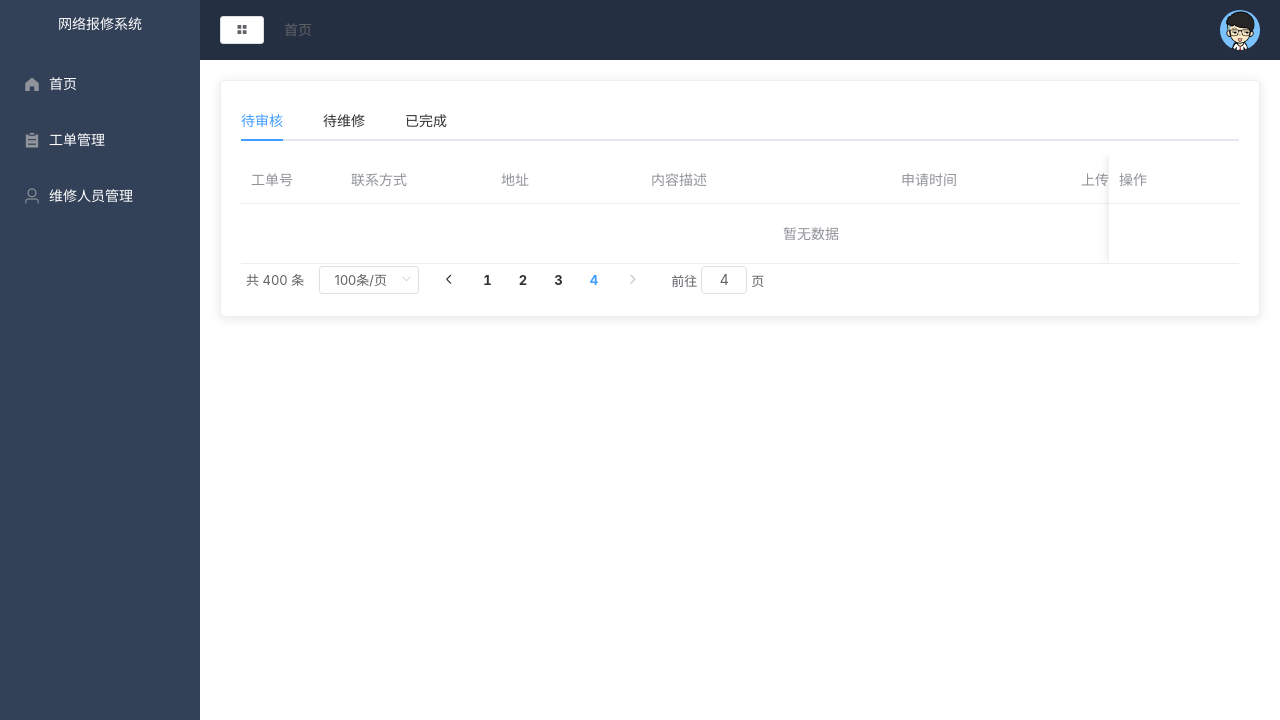
Repository: LtheW/vue
Page: /form
These files come from the project's save history. The page is drawn as it stood at one moment and after the next save; the edit follows.
The browser window is 1280 px wide. The pictures show the whole page.
The page's requests for data from a server got no answer. The project was rebuilt for these pictures with package versions that can differ from the ones it lists, and the page was loaded fresh each time. No one was signed in, and anything a server would have sent is missing. Also part of the build but not shown: vue.config.js, src/components/CommonTag.vue, src/views/Results/Submit.vue, src/views/Maintainer/Add.vue, src/assets/js/login.js, src/views/Login.vue, src/views/Results/Repaired.vue, src/views/Results/Completed.vue.

Above is the page before, as saved 2022-03-31 20:08:13.

### src/main.js
import Vue from 'vue'
import App from './App.vue'
import router from './router'
import store from './store'
//引入element ui
import ElementUI from 'element-ui';
import 'element-ui/lib/theme-chalk/index.css';
import '@/assets/scss/reset.scss' //全局样式
import Axios from 'axios';//后台交互
import Antd from 'ant-design-vue';
import 'ant-design-vue/dist/antd.css';
import 'font-awesome/scss/font-awesome.scss'
Vue.prototype.$http=Axios
//defaults 设置全局默认路径
Axios.defaults.baseURL="/"

Vue.use(ElementUI,Antd);
Vue.config.productionTip = false

new Vue({
  router,
  store,
  render: h => h(App)
}).$mount('#app')

### src/router/index.js
import Vue from 'vue'
import VueRouter from 'vue-router'
import Main from '../views/Main.vue'
import Submit from '../views/Results/Submit.vue'
import Maintainer_Add from '../views/Maintainer/Add.vue'
import Login from '../views/Login.vue'
import Repaired from '../views/Results/Repaired.vue'
import Completed from '../views/Results/Completed.vue'
Vue.use(VueRouter)

const routes = [
  {

    path: '/',
    name: 'Login',
    component: Login
  },
  {
    path: '/main',
    name: 'Main',
    component: Main,
    children: [{
        path: '/',
        name: 'repair',
        component: () => import('../views/Results/Repaired.vue'),
      },
      {
        path: '/form',
        name: 'form',
        component: () => import('@/views/Form/Form')
      },
      {
        path: '/maintainer',
        name: 'Maintainer',
        component: () => import('@/views/Maintainer/Maintainer')
      },
      {
        path: '/submit',
        name: 'submit',
        component: Submit,
      },
      {
        path: '/repaired',
        name: 'repaired',
        component: Repaired,
      },
      {
        path: '/completed',
        name: 'completed',
        component: Completed,
      },

      {
        path: '/maintainer_add',
        name: 'add',
        component: Maintainer_Add,
      },
    ]
  },


]

const router = new VueRouter({
  mode: 'history',
  base: process.env.BASE_URL,
  routes
})

export default router

### src/views/Main.vue
<template>
  <el-container style="height: 100%">
    <el-aside width="auto" height="100%" ><common-aside></common-aside></el-aside>
    <el-container>
      <el-header>
        <common-header></common-header>

      </el-header>
      <el-main><router-view /></el-main>
    </el-container>
  </el-container>
</template>

<script>
import CommonAside from "../components/CommonAside.vue";
import CommonHeader from "../components/CommonHeader.vue";
import CommonTag from "../components/CommonTag.vue";
export default {
  name: "Main",
  components: { CommonAside, CommonHeader, CommonTag },
};
</script>
, CommonTab
<style lang="scss" scoped>
.el-header {
  background: #242F42;
}
.el-main {
  padding-top: 20rpx;
}
</style>

### src/views/Form/Form.vue
<template>
  <el-card>
    <el-tabs v-model="activeName" @tab-click="handleClick">
      <el-tab-pane label="待审核" name="first">
        <el-table :data="tableData" style="width: 100%" max-height="100%">
          <el-table-column
            fixed
            prop="workorderNumber"
            label="工单号"
            width="100"
          >
          </el-table-column>
          <el-table-column
            prop="contactInformation"
            label="联系方式"
            width="150"
          >
          </el-table-column>
          <el-table-column prop="address" label="地址" width="150">
          </el-table-column>
          <el-table-column prop="workorderContent" label="内容描述" width="250">
          </el-table-column>
          <el-table-column prop="initiationTime" label="申请时间" width="180">
          </el-table-column>

          <el-table-column prop="updateTime" label="上传时间" width="180">
          </el-table-column>
          <el-table-column fixed="right" label="操作" width="130">
            <template slot-scope="scope">
              <el-button
                @click="Booking(scope.row)"
                type="primary"
                size="small"
              >
                查看
              </el-button>
            </template>
          </el-table-column>
        </el-table>
        <el-pagination
          @size-change="handleSizeChange"
          @current-change="handleCurrentChange"
          :current-page="currentPage"
          :page-sizes="[100, 200, 300, 400]"
          :page-size="100"
          layout="total, sizes, prev, pager, next, jumper"
          :total="400"
        >
        </el-pagination>
      </el-tab-pane>
      <el-tab-pane label="待维修" name="second">
        <el-table :data="tableData1" style="width: 100%" max-height="100%">
          <el-table-column
            fixed
            prop="workorderNumber"
            label="工单号"
            width="100"
          >
          </el-table-column>
          <el-table-column
            prop="contactInformation"
            label="联系方式"
            width="150"
          >
          </el-table-column>
          <el-table-column prop="address" label="地址" width="150">
          </el-table-column>
          <el-table-column prop="workorderContent" label="内容描述" width="250">
          </el-table-column>
          <el-table-column prop="initiationTime" label="申请时间" width="180">
          </el-table-column>

          <el-table-column prop="updateTime" label="上传时间" width="180">
          </el-table-column>
          <el-table-column fixed="right" label="操作" width="130">
            <template slot-scope="scope">
              <el-button
                @click="Booking1(scope.row)"
                type="primary"
                size="small"
              >
                查看
              </el-button>
            </template>
          </el-table-column>
        </el-table>
      </el-tab-pane>

      <el-tab-pane label="已完成" name="third">
        <el-table :data="tableData2" style="width: 100%" max-height="100%">
          <el-table-column
            fixed
            prop="workorderNumber"
            label="工单号"
            width="100"
          >
          </el-table-column>
          <el-table-column
            prop="contactInformation"
            label="联系方式"
            width="150"
          >
          </el-table-column>
          <el-table-column prop="address" label="地址" width="150">
          </el-table-column>
          <el-table-column prop="workorderContent" label="内容描述" width="250">
          </el-table-column>
          <el-table-column prop="initiationTime" label="申请时间" width="180">
          </el-table-column>

          <el-table-column prop="updateTime" label="上传时间" width="180">
          </el-table-column>
          <el-table-column fixed="right" label="操作" width="130">
            <template slot-scope="scope">
              <el-button
                @click="Booking2(scope.row)"
                type="primary"
                size="small"
              >
                查看
              </el-button>
            </template>
          </el-table-column>
        </el-table>
      </el-tab-pane>
    </el-tabs>
  </el-card>
</template>

<script>
export default {
  methods: {
    handleSizeChange(val) {
      console.log("每页" + val + "条");
    },
    handleCurrentChange(val) {
      console.log("当前页:" + val);
    },
    Booking(row) {
      console.log(row.workorderNumber);
      this.$router.push({
        name: "submit",
        params: { workorderNumber: row.workorderNumber },
      });
    },
    Booking1(row) {
      console.log(row.workorderNumber);
      this.$router.push({
        name: "repaired",
        params: { workorderNumber: row.workorderNumber },
      });
    },
    Booking2(row) {
      console.log(row.workorderNumber);
      this.$router.push({
        name: "completed",
        params: { workorderNumber: row.workorderNumber },
      });
    },
    handleClick(tab) {
      console.log(tab._data.index);
      this.load(tab._data.index);
    },
    load(index) {
      if (index == 0) {
        this.$http({
          url: "/api/administer/orderlist",
          method: "get",
          headers: { "X-Requested-With": "XMLHttpRequest" },
        }).then((res) => {
          console.log("数据接收");
          this.tableData = res.data.data;

          console.log(res);
        });
      }
      if (index == 1) {
        this.$http({
          url: "/api/administer/orderlist2",
          method: "get",
          headers: { "X-Requested-With": "XMLHttpRequest" },
        }).then((res) => {
          console.log("数据接收");
          this.tableData1 = res.data.data;

          console.log(res);
        });
      }
      if (index == 2) {
        this.$http({
          url: "/api/administer/orderlist3",
          method: "get",
          headers: { "X-Requested-With": "XMLHttpRequest" },
        }).then((res) => {
          console.log("数据接收");
          this.tableData2 = res.data.data;

          console.log(res);
        });
      }
    },
  },
  data() {
    return {
      totalCount: 0,
      tableData: [],
      tableData1: [],
      tableData2: [],
      state: ["待维修", "维修中", "维修完成"],
      activeName: "first",
      total: "0",
      currentPage: 4,
    };
  },
  created() {
    this.load(0);
  },
};
</script>

### src/store/tab.js
export default{
    state:{
        isCollapse: false
    },
    mutations:{
        collapseMenu(state){
            state.isCollapse=!state.isCollapse
        }
    }
}

### src/components/CommonAside.vue
<template>
  <el-menu
    class="el-menu-vertical-demo"
    :collapse="isCollapse"
    background-color="#324157"
    text-color="#fff"
    active-text-color="#ffd04b"
  >
    <h3 v-show="!isCollapse">网络报修系统</h3>
    <h3 v-show="isCollapse">后台</h3>
    <el-menu-item
      :index="item.path"
      v-for="item in noChildren"
      :key="item.path"
      @click="clickMenu(item)"
    >
      <i :class="'el-icon-' + item.icon"></i>
      <span slot="title">{{ item.label }}</span>
    </el-menu-item>
    <el-submenu :index="item.label" v-for="item in hasChildren" :key="item.path">
      <template slot="title">
        <i :class="'el-icon-' + item.icon"></i>
        <span slot="title">{{ item.label }}</span>
      </template>
      <el-menu-item-group>
        <el-menu-item
          :index="subItem.path"
          v-for="(subItem, subIndex) in item.children"
          :key="subIndex"
          @click="clickMenu(item)"
        >
          <i :class="'el-icon-' + subItem.icon"></i>
          <span slot="title">{{ subItem.label }}</span>
        </el-menu-item>
      </el-menu-item-group>
    </el-submenu>
  </el-menu>
</template>

<script>
export default {
  data() {
    return {
      menu: [
        {
          path: "/",
          name: "repair",
          label: "首页",
          icon: "s-home",
          url: "Result/Repaired",
        },
        {
          path: "/form",
          name: "form",
          label: "工单管理",
          icon: "s-order",
          url: "Form/Form",
        },
        {
          path: "/home",
          name: "Maintainer",
          label: "维修人员管理",
          icon: "user",
          url: "Home/Home",
        },
      ],
    };
  },
  methods: {
    // handleOpen(key, keyPath) {
    //   console.log(key, keyPath);
    // },
    // handleClose(key, keyPath) {
    //   console.log(key, keyPath);
    // },
    clickMenu(item) {
      this.$router.push({ name: item.name });
      this.$store.commit("selectMenu", item);
    },
  },
  computed: {
    noChildren() {
      return this.menu.filter((item) => !item.children);
    },
    hasChildren() {
      return this.menu.filter((item) => item.children);
    },
    isCollapse() {
      return this.$store.state.tab.isCollapse;
    },
  },
};
</script>

<style lang="scss" scoped>
.el-menu {
  height: 100%;
  border: none;
  h3 {
    color: #ffffff;
    text-align: center;
    line-height: 48px;
  }
}
.el-menu-vertical-demo:not(.el-menu--collapse) {
  width: 200px;
  min-height: 100vh;
}
</style>

### src/components/CommonHeader.vue
<template>
  <header>
    <div class="l-content">
      <el-button plain icon="el-icon-menu" size="mini" @click="handleMenu"></el-button>
      <el-breadcrumb>
        <el-breadcrumb-item :to="{ path: '/' }">首页</el-breadcrumb-item>
        <el-breadcrumb-item :to="current.path" v-if="current">{{
          current.label
        }}</el-breadcrumb-item>
      </el-breadcrumb>
    </div>
    <div class="r-content">
      <el-dropdown trigger="click" size="mini">
        <span class="el-dropdown-link">
          <img :src="userImg" class="user" />
        </span>
        <el-dropdown-menu slot="dropdown">
          <el-dropdown-item>个人中心</el-dropdown-item>
          <el-dropdown-item @click.native="logOut">退出</el-dropdown-item>
        </el-dropdown-menu>
      </el-dropdown>
    </div>
  </header>
</template>

<script>
import { mapState } from "vuex";
export default {
  data() {
    return {
      userImg: require("../assets/images/user.png"),
    };
  },
  methods: {
    handleMenu() {
      this.$store.commit("collapseMenu");
    },
    logOut() {
      this.$store.commit("clearToken");
      this.$store.commit("clearMenu");
      // location.reload();
      this.$router.push("/login");
    },
  },
  computed: {
    ...mapState({
      current: (state) => state.tab.currentMenu,
    }),
  },
};
</script>

<style lang="scss" scoped>
header {
  display: flex;
  height: 100%;
  align-items: center;
  justify-content: space-between;
}

.l-content {
  display: flex;
  align-items: center;
  .el-button {
    margin-right: 20px;
  }
}

.r-content {
  .user {
    width: 40px;
    height: 40px;
    border-radius: 50%;
  }
}
</style>

<style lang="scss">
.el-breadcrumb__item {
  .el-breadcrumb__inner {
    color: #666;
    font-weight: normal;
  }
  &:last-child {
    .el-breadcrumb__inner {
      color: white;
    }
  }
}
</style>

### src/assets/css/text.css
@font-face {
    font-family: "Roboto";
    src: url('../font/Roboto-Light.ttf');
    font-weight: normal;
    font-style: normal;
}

Loaded but not shown: public/index.html (common file); src/App.vue (common file); src/store/index.js (common file); src/assets/scss/reset.scss (common file)

After the next save:
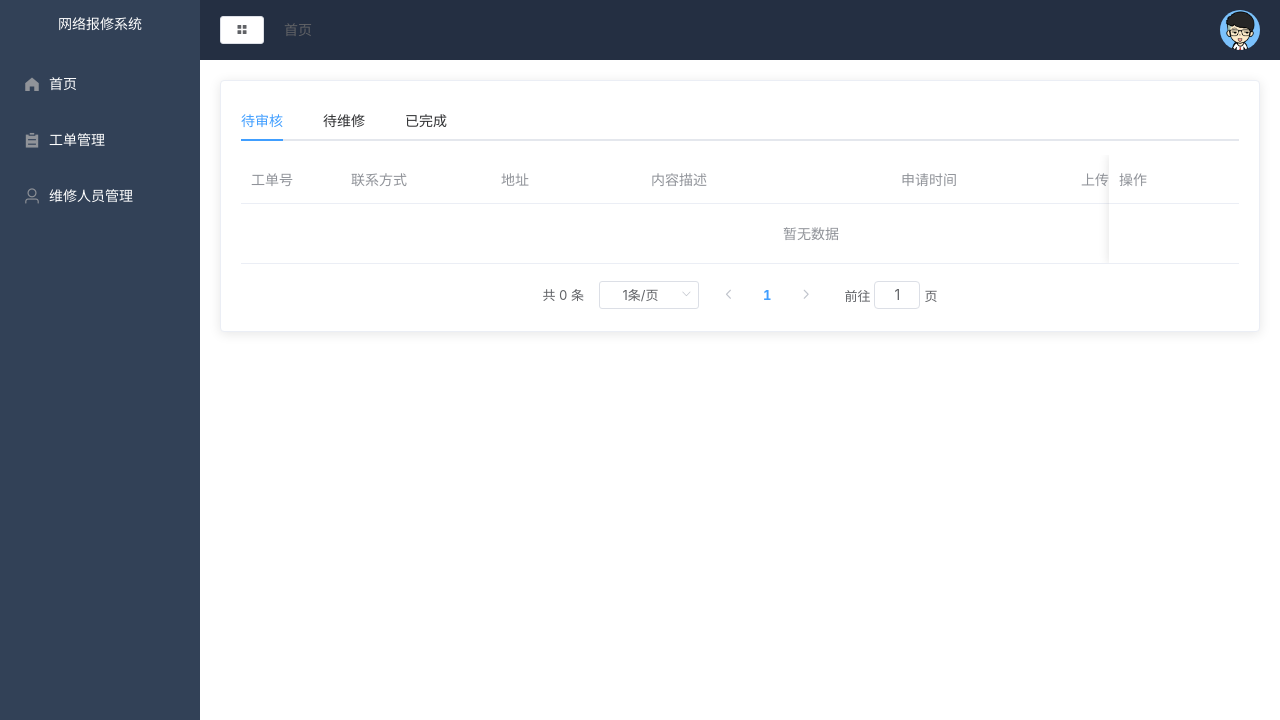
Saved 6 min 3 s later.
--- a/src/views/Form/Form.vue
+++ b/src/views/Form/Form.vue
@@ -2,7 +2,16 @@
   <el-card>
     <el-tabs v-model="activeName" @tab-click="handleClick">
       <el-tab-pane label="待审核" name="first">
-        <el-table :data="tableData" style="width: 100%" max-height="100%">
+        <el-table
+          :data="
+            tableData.slice(
+              (currentPage - 1) * pageSize,
+              currentPage * pageSize
+            )
+          "
+          style="width: 100%"
+          max-height="100%"
+        >
           <el-table-column
             fixed
             prop="workorderNumber"
@@ -37,16 +46,19 @@
             </template>
           </el-table-column>
         </el-table>
-        <el-pagination
-          @size-change="handleSizeChange"
-          @current-change="handleCurrentChange"
-          :current-page="currentPage"
-          :page-sizes="[100, 200, 300, 400]"
-          :page-size="100"
-          layout="total, sizes, prev, pager, next, jumper"
-          :total="400"
-        >
-        </el-pagination>
+        <div class="block" style="margin-top: 15px">
+          <el-pagination
+            align="center"
+            @size-change="handleSizeChange"
+            @current-change="handleCurrentChange"
+            :current-page="currentPage"
+            :page-sizes="[1, 5, 10, 20]"
+            :page-size="pageSize"
+            layout="total, sizes, prev, pager, next, jumper"
+            :total="tableData.length"
+          >
+          </el-pagination>
+        </div>
       </el-tab-pane>
       <el-tab-pane label="待维修" name="second">
         <el-table :data="tableData1" style="width: 100%" max-height="100%">
@@ -130,11 +142,16 @@
 <script>
 export default {
   methods: {
+    //每页条数改变时触发 选择一页显示多少行
     handleSizeChange(val) {
-      console.log("每页" + val + "条");
-    },
+      console.log(`每页 ${val} 条`);
+      this.currentPage = 1;
+      this.pageSize = val;
+    },
+    //当前页改变时触发 跳转其他页
     handleCurrentChange(val) {
-      console.log("当前页:" + val);
+      console.log(`当前页: ${val}`);
+      this.currentPage = val;
     },
     Booking(row) {
       console.log(row.workorderNumber);
@@ -208,8 +225,9 @@ export default {
       tableData2: [],
       state: ["待维修", "维修中", "维修完成"],
       activeName: "first",
-      total: "0",
-      currentPage: 4,
+      currentPage: 1, // 当前页码
+      total: 20, // 总条数
+      pageSize: 2, // 每页的数据条数
     };
   },
   created() {
